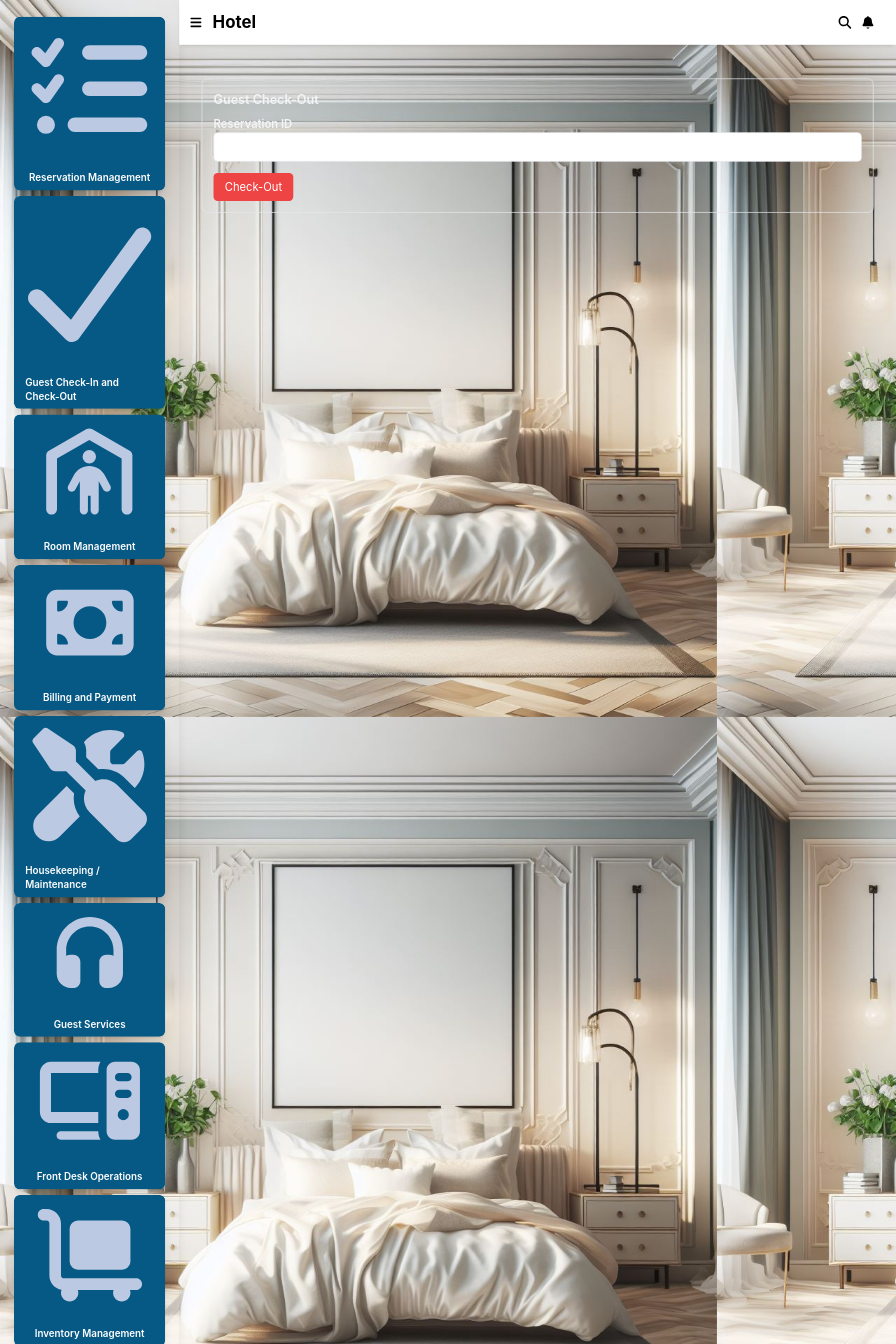
Repository: musabismael/Hotel
Page: /guestCheckInOut
An editor plug-in stored every save of this project. The page is shown before and after the next save, followed by the edit.
The browser window is 1280 px wide. The pictures show the part of the page from y = 0 to 1920 px (the page is 3016 px tall), at 70% of full size.
The project was rebuilt for these pictures with package versions that can differ from the ones it lists, and the page was loaded fresh each time. Also part of the build but not shown: vite.config.js, src/App.css, src/pages/ReservationManagement.jsx, src/pages/RoomManagement.jsx, src/pages/BillingPayment.jsx, src/pages/HousekeepingMaintenance.jsx, src/pages/GuestServices.jsx, src/pages/FrontDeskOperations.jsx and 5 more.

Above is the page before, as saved 2023-10-01 17:20:56.

### index.html
<!doctype html>
<html lang="en">
  <head>
    <meta charset="UTF-8" />
    <link rel="icon" type="image/svg+xml" href="/vite.svg" />
    <meta name="viewport" content="width=device-width, initial-scale=1.0" />
    <title>Hotel</title>
  </head>
  <body>
    <div id="root"></div>
    <script type="module" src="/src/main.jsx"></script>
  </body>
</html>

### src/App.jsx
import "./App.css";
import { createBrowserRouter } from "react-router-dom";
import { RouterProvider } from "react-router";
import LandingPageLayout from "./layouts/LandingPageLayout";
import ReservationManagement from "./pages/ReservationManagement";
import GuestCheckInOut from "./pages/GuestCheckInOut";
import RoomManagement from "./pages/RoomManagement";
import BillingPayment from "./pages/BillingPayment";
import HousekeepingMaintenance from "./pages/HousekeepingMaintenance";
import GuestServices from "./pages/GuestServices";
import FrontDeskOperations from "./pages/FrontDeskOperations";
import InventoryManagement from "./pages/InventoryManagement";
import ReportingAnalytics from "./pages/ReportingAnalytics";
import SecurityAccessControl from "./pages/SecurityAccessControl";
import PointOfSale from "./pages/PointOfSale";
import CRM from "./pages/CRM"; // Import the CRM component
const router = createBrowserRouter([
  {
    path: "/",
    element: <LandingPageLayout />,
    children: [
      {
        path: "/reservation_management",
        element: <ReservationManagement />,
      },
      {
        path: "/guestCheckInOut",
        element: <GuestCheckInOut />,
      },
      {
        path: "/billing_and_payment",
        element: <BillingPayment />,
      },
      {
        path: "/room_management",
        element: <RoomManagement />,
      },
      {
        path: "/housekeeping_maintenance",
        element: <HousekeepingMaintenance />,
      },
      {
        path: "/guest_services",
        element: <GuestServices />,
      }, {
        path: "/desk_operations",
        element: <FrontDeskOperations />,
      }, {
        path: "/security_control",
        element: <SecurityAccessControl />,
      },
      {
        path: "/reporting_and_analytics",
        element: <ReportingAnalytics />,
      }, {
        path: "/inventory_management",
        element: <InventoryManagement />,
      },
      {
        path: "/pos",
        element: <PointOfSale />,
      },
      {
        path: "/crm",
        element: <CRM />,
      },
    ],
  },
]);

const App = () => <RouterProvider router={router} />;
export default App;

### src/index.css
@tailwind base;
@tailwind components;
@tailwind utilities;

:root {
  font-family: Inter, system-ui, Avenir, Helvetica, Arial, sans-serif;
  line-height: 1.5;
  font-weight: 400;
  background-image: url("cover.jpeg"), url("cover.jpeg");
  background-color:#397398;

  font-synthesis: none;
  text-rendering: optimizeLegibility;
  -webkit-font-smoothing: antialiased;
  -moz-osx-font-smoothing: grayscale;
  -webkit-text-size-adjust: 100%;
}

### src/layouts/LandingPageLayout.jsx
import { Outlet } from "react-router";
import Header from "../component/Header";
import Sidebar from "../component/Sidebar";
const LandingPageLayout = () => {
  return (
    <div className="flex #3d7c9f">
      <Sidebar />

      <div className="flex-1">
        <Header />
        <main className="p-4">
          <Outlet />
        </main>
      </div>
    </div>
  );
};

export default LandingPageLayout;

### src/pages/GuestCheckInOut.jsx
import React, { useState } from 'react';

const GuestCheckOut = () => {
  const [reservationId, setReservationId] = useState('');
  const [isCheckedOut, setIsCheckedOut] = useState(false);
  const [reservationData, setReservationData] = useState(null);
  const [error, setError] = useState('');
  const [bill, setBill] = useState(0);
  const [feedback, setFeedback] = useState('');

  const handleCheckOut = () => {
    // Simulate a check-out process here (replace with actual logic)
    const foundReservation = findCheckedInReservationById(reservationId);

    if (foundReservation) {
      // Calculate the bill and additional charges
      const additionalCharges = calculateAdditionalCharges(foundReservation);
      const totalBill = foundReservation.totalCost + additionalCharges;

      // Update the reservation status to "Checked-Out"
      foundReservation.status = 'Checked-Out';
      setReservationData(foundReservation);
      setBill(totalBill);
      setIsCheckedOut(true);
      setError('');
    } else {
      setError('Reservation not found or is not checked in.');
    }
  };

  const findCheckedInReservationById = (id) => {
    // Replace this with a function to search for checked-in reservations in your data
    const reservations = [
      // Sample reservations data
      { id: '123', name: 'John Doe', status: 'Checked-In', totalCost: 200 },
      { id: '456', name: 'Jane Smith', status: 'Pending', totalCost: 150 },
    ];

    return reservations.find((reservation) => reservation.id === id && reservation.status === 'Checked-In');
  };

  const calculateAdditionalCharges = (reservation) => {
    // Simulated function to calculate additional charges (e.g., room service, minibar)
    return Math.random() * 50; // Replace with actual calculation
  };

  const handleFeedbackSubmit = () => {
    // Simulate sending guest feedback (replace with actual logic)
    console.log('Feedback submitted:', feedback);
    // Reset the feedback form
    setFeedback('');
  };

  return (
    <div className="container mx-auto p-4">
      <div className="my-4 p-4 border rounded-lg">
        <h2 className="text-lg text-gray-100 font-semibold">Guest Check-Out</h2>
        <form onSubmit={handleCheckOut} className="mt-2">
          <div className="mb-4">
            <label htmlFor="reservationId" className="block text-gray-100 font-semibold">
              Reservation ID
            </label>
            <input
              type="text"
              id="reservationId"
              className="w-full border rounded-md py-2 px-3"
              value={reservationId}
              onChange={(e) => setReservationId(e.target.value)}
            />
          </div>
          <button type="submit" className="bg-red-500 text-white py-2 px-4 rounded-md">
            Check-Out
          </button>
        </form>
        {error && <p className="text-red-500 mt-2">{error}</p>}
        {isCheckedOut && (
          <div className="mt-4">
            <p className="text-red-500">
              Guest {reservationData.name} has been successfully checked out.
            </p>
            <p>Check-Out Date: {new Date().toLocaleString()}</p>
            <h3 className="text-gray-100 mt-2">Bill Summary:</h3>
            <p>Room Charges: ${reservationData.totalCost}</p>
            <p>Additional Charges: ${bill - reservationData.totalCost}</p>
            <p>Total Bill: ${bill}</p>
            <h3 className="text-gray-100 mt-4">Guest Feedback:</h3>
            <textarea
              className="w-full border rounded-md py-2 px-3"
              rows="4"
              value={feedback}
              onChange={(e) => setFeedback(e.target.value)}
            />
            <button
              type="button"
              onClick={handleFeedbackSubmit}
              className="bg-blue-500 text-white py-2 px-4 rounded-md mt-2"
            >
              Submit Feedback
            </button>
            {/* Payment handling, receipt generation, room inspection, key return, etc., can be added here */}
          </div>
        )}
      </div>
    </div>
  );
};

export default GuestCheckOut;

### src/component/Header.jsx
import { FontAwesomeIcon } from "@fortawesome/react-fontawesome";
import { faBars, faBell, faSearch } from "@fortawesome/free-solid-svg-icons";

function Header() {
  return (
    <header className="bg-white shadow-md p-4 flex justify-between items-center sticky top-0 w-full ">
      <div className="flex items-center">
        <FontAwesomeIcon
          icon={faBars}
          className="text-black mr-4 text-lg color"
        />
        <h1 className="text-2xl font-bold text-black">Hotel</h1>
      </div>
      <div className="flex items-center">
        <FontAwesomeIcon icon={faSearch} className="text-black text-lg mr-4" />
        <FontAwesomeIcon icon={faBell} className="text-black text-lg mr-4" />

        {/* Add other icons or elements on the right side here */}
      </div>
    </header>
  );
}

export default Header;

### src/component/Sidebar.jsx
import Card from "./Card";
import {
  faPersonShelter,
  faListCheck,
  faCheck,
  faMoneyBill,
  faScrewdriverWrench,
  faHeadphones,
  faComputer,
  faCartFlatbed,
  faPersonMilitaryPointing,
  faChartBar,
  faKey,
  faBookmark

} from "@fortawesome/free-solid-svg-icons";

const Sidebar = () => {
  const cardData = [
    {
      id: 1,
      title: "Reservation Management",
      description:
        "Online booking, availability calendar, and booking modification.",
      icon: faListCheck,
      link: "/reservation_management",
    },
    {
      id: 2,
      title: "Guest Check-In and Check-Out",
      description: "Guest registration, check-out, and key card issuance.",
      icon: faCheck,
      link: "/GuestCheckInOut",
    },
    {
      id: 3,
      title: "Room Management",
      description: "Room assignment, status updates, and inventory tracking.",
      icon: faPersonShelter,
      link: "/room_Management",
    },
    {
      id: 4,
      title: "Billing and Payment",
      description: "Invoicing, payment processing, and split billing.",
      icon: faMoneyBill,
      link: "/billing_and_payment",
    },
    {
      id: 5,
      title: "Housekeeping / Maintenance",
      description:
        "Housekeeping schedule, maintenance requests, and inventory management.",
      icon: faScrewdriverWrench,
      link: "/housekeeping_maintenance",
    },
    {
      id: 6,
      title: "Guest Services",
      description:
        "Concierge services, room service, wake-up calls, and laundry services.",
      icon: faHeadphones,
      link: "/guest_services",
    },
    {
      id: 7,
      title: "Front Desk Operations",
      description: "Guest inquiries, check-in/out, and guest profile access.",
      icon: faComputer,
      link: "/desk_operations",
    },
    {
      id: 8,
      title: "Inventory Management",
      description: "Managing hotel supplies and amenities.",
      icon: faCartFlatbed,
      link: "/inventory_management",
    },
    {
      id: 9,
      title: "Reporting and Analytics",
      description: "Generate reports on occupancy, revenue, and key metrics.",
      icon: faChartBar,
      link: "/reporting_and_analytics",
    },

    {
      id: 10,
      title: "Security and Access Control",
      description: "Surveillance camera integration and access control.",
      icon: faKey,
      link: "/security_control",
    },
    {
      id: 11,
      title: "Point of Sale (POS)",
      description:
        "Integration with on-site restaurants, bars, and gift shops.",
      icon: faBookmark,
      link: "/pos",
    },

    {
      id: 12,
      title: "Customer Relationship Management (CRM)",
      description: "Guest profiles, preferences, and loyalty programs.",
      icon: faPersonMilitaryPointing,
      link: "/crm",
    },

    // Add more service/feature objects here
  ];

  const handleCardClick = (id) => {
    console.log(`Card with ID ${id} clicked`);
  };
  return (
    <aside className="bg-white-700  w-1/5 min-h-screen p-4 mt-auto shadow-lg">
      <nav>
        {cardData.map((card) => (
          <Card
            key={card.id}
            link={card.link}
            icon={card.icon}
            title={card.title}
            onClick={() => handleCardClick(card.id)}
          />
        ))}
      </nav>
    </aside>
  );
};

export default Sidebar;

### src/component/Card.jsx
import { Link } from "react-router-dom";
import { FontAwesomeIcon } from "@fortawesome/react-fontawesome";
function Card({ link, icon, title, onClick }) {
  console.log(icon);
  return (
    <div
      className="max-w-sm  mx-1 my-2 cursor-pointer shadow-lg rounded-lg overflow-hidden hover:shadow-xl transition duration-300 transform hover:scale-105"
      onClick={onClick}
    >
      <div className="bg-sky-800 rounded-lg overflow-hidden shadow-lg flex flex-col items-center justify-center">
        <Link to={link} className="text-blue-600 hover:text-blue-800">

          <FontAwesomeIcon
            icon={icon}
            size="2xs"
            className=" w-auto p-5 h-auto object-cover"
            style={{color: "#bbc9e2",}}
          />

          <div className="px-4 py-2 items-center">
            <h3 className=" text-white text-sm  flex flex-col text-ellipsis items-center font-semibold">
              {title}
            </h3>
            {/* Add more content or description here if needed */}
          </div>
        </Link>
      </div>
    </div>
  );
}

export default Card;

### tailwind.config.js
/** @type {import('tailwindcss').Config} */
export default {
  content: [
    "./index.html",
    "./src/**/*.{js,ts,jsx,tsx}",
  ],
  theme: {
    extend: {
      fontFamily: {
        'custom': ['CustomFont', 'sans'],
      },
      textColor: {
        'custom': '#333333', // Custom text color
      },
    },
  },
  plugins: [],
}

Loaded but not shown: src/main.jsx (common file)

After the next save:
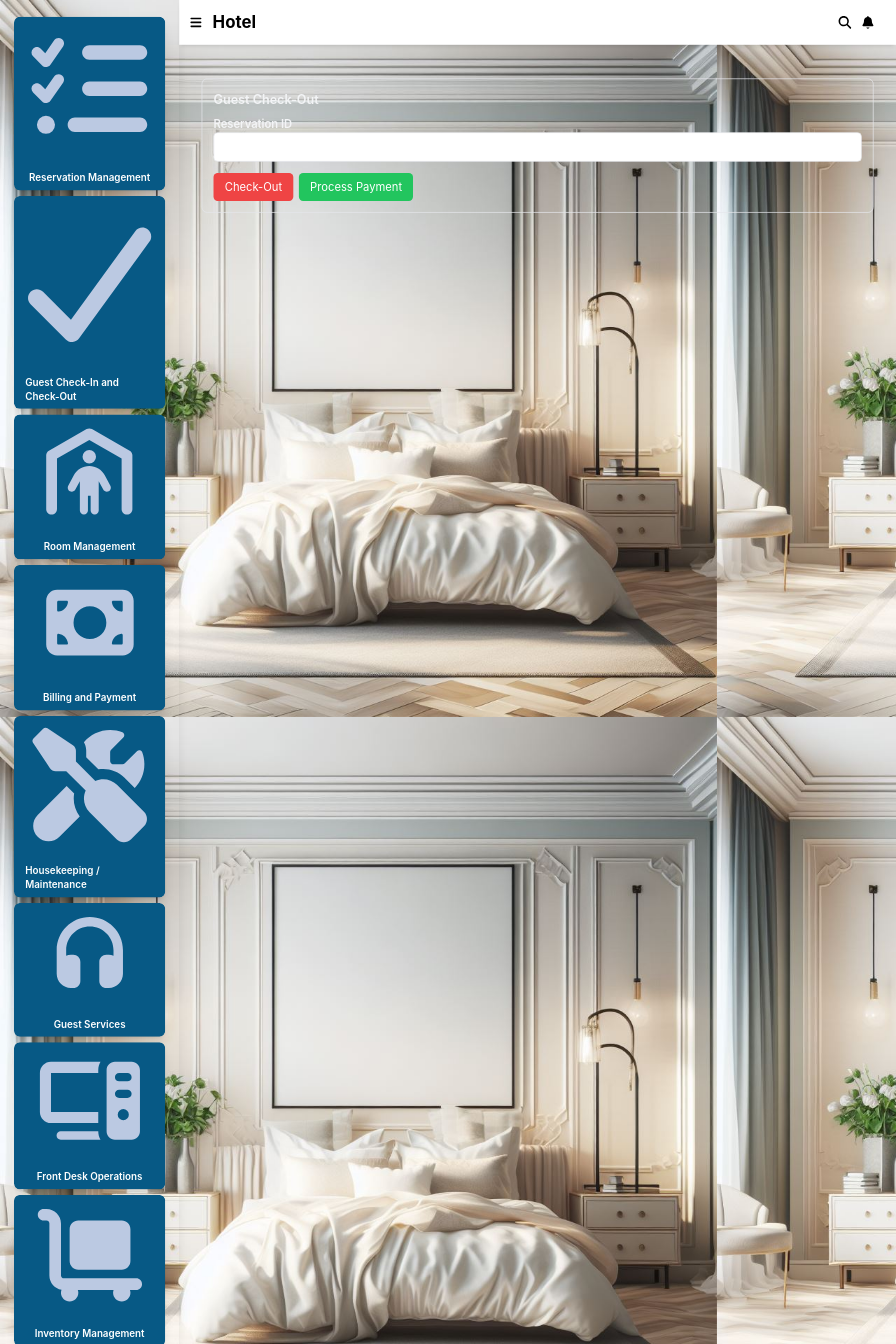
Saved 104 s later.
--- a/src/pages/GuestCheckInOut.jsx
+++ b/src/pages/GuestCheckInOut.jsx
@@ -51,6 +51,20 @@ const GuestCheckOut = () => {
     setFeedback('');
   };
 
+  const handlePayment = () => {
+    // Simulate payment processing logic here
+    const paymentSuccessful = Math.random() < 0.9; // 90% success rate
+    if (paymentSuccessful) {
+      // Payment successful, finalize the check-out process
+      alert('Payment successful! Guest checked out.');
+      // You can perform additional actions here, such as marking the room as vacant.
+      setIsCheckedOut(true);
+    } else {
+      // Payment failed, show an error message
+      setError('Payment failed. Please try again.');
+    }
+  };
+
   return (
     <div className="container mx-auto p-4">
       <div className="my-4 p-4 border rounded-lg">
@@ -70,6 +84,13 @@ const GuestCheckOut = () => {
           </div>
           <button type="submit" className="bg-red-500 text-white py-2 px-4 rounded-md">
             Check-Out
+          </button>
+          <button
+            type="button"
+            onClick={handlePayment}
+            className="bg-green-500 text-white py-2 px-4 rounded-md ml-2"
+          >
+            Process Payment
           </button>
         </form>
         {error && <p className="text-red-500 mt-2">{error}</p>}
